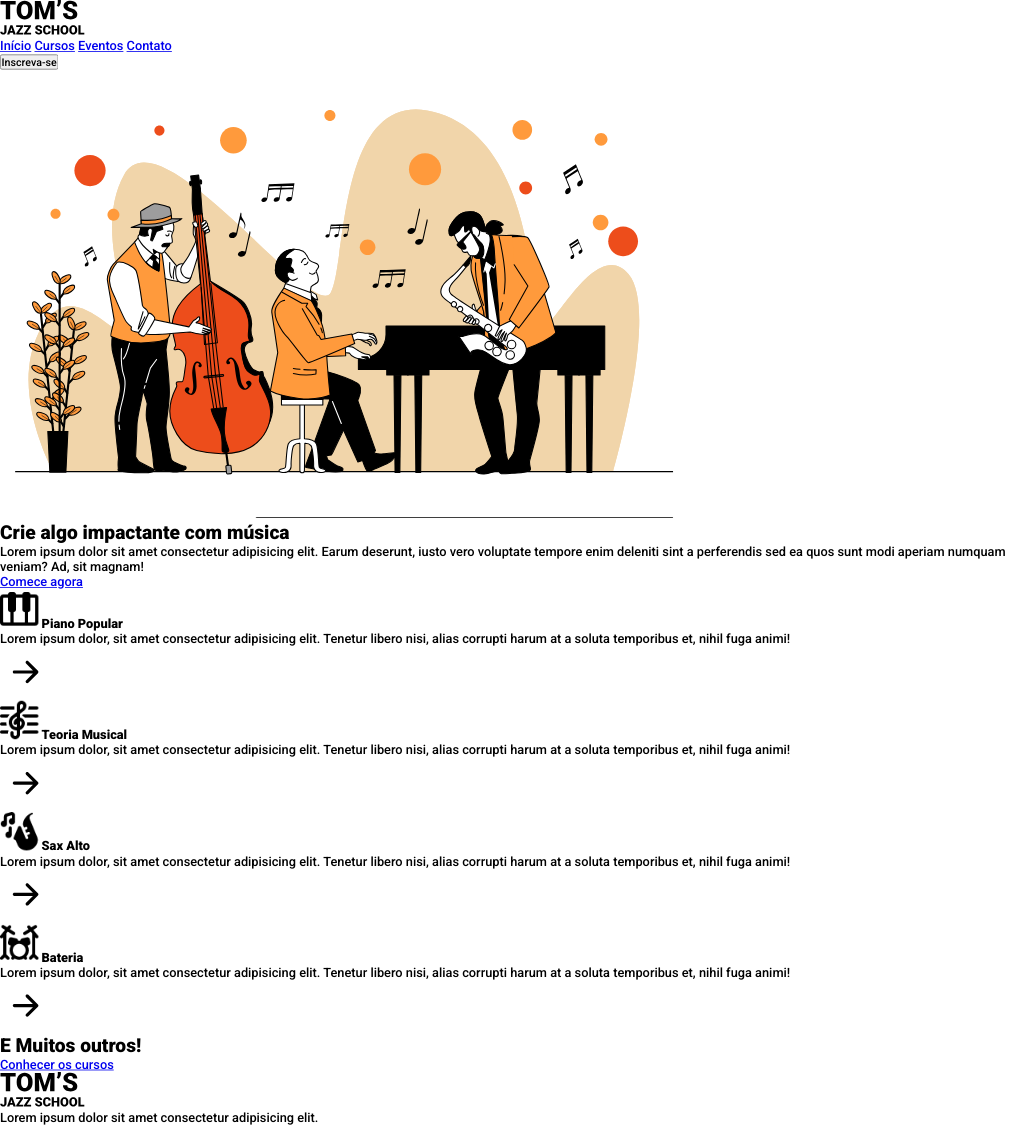
Repository: tenoriodasilva31/OBC-Music-School
Page: index.html
An editor plug-in stored every save of this project. The page is shown before and after the next save, followed by the edit.
The browser window is 1280 px wide. The pictures show the whole page, at 80% of full size.

Above is the page before, as saved 2023-07-05 16:55:00.

### index.html
<!DOCTYPE html>
<html lang="pt-BR">
<head>
    <meta charset="UTF-8">
    <meta name="viewport" content="width=device-width, initial-scale=1.0">
    <title>Tom's Jazz School</title>

    <link rel="preconnect" href="https://fonts.googleapis.com">
    <link rel="preconnect" href="https://fonts.gstatic.com" crossorigin>

    <link rel="stylesheet" href="index.css">

    <link href="https://fonts.googleapis.com/css2?family=Roboto:wght@500;900&display=swap" rel="stylesheet">
</head>
<body>
    <header>
        <img src="./img/logo.svg" alt="Tom's School">
        <nav>
            <a href="#">Início</a>
            <a href="#">Cursos</a>
            <a href="#">Eventos</a>
            <a href="#">Contato</a>
        </nav>
        <button href="#" class="button">Inscreva-se</button>
    </header>
    <main>
        <section>
            <img src="/img/hero-img.svg" alt="Banda de jazz se apresentando">
            <div>
                <h1>Crie algo <span>impactante</span> com música</h1>
                <p>Lorem ipsum dolor sit amet consectetur adipisicing elit. Earum deserunt, iusto vero voluptate tempore enim deleniti sint a perferendis sed ea quos sunt modi aperiam numquam veniam? Ad, sit magnam!</p>
                <a href="#" class="button">Comece agora</a>
            </div>
        </section>
        <section>
            <div class="cards">
            <article>

                <img src="/img/piano.png" alt="icone de teclas de piano">
                <strong>Piano Popular</strong>
                <p>Lorem ipsum dolor, sit amet consectetur adipisicing elit. Tenetur libero nisi, alias corrupti harum at a soluta temporibus et, nihil fuga animi!</p>
                <a href="#">
                    <img src="/img/arrow-right.svg" alt="Ir para página do curso">
                </a>
            </article>
            <article>
                <img src="/img/clef.png" alt="icone clave">
                <strong>Teoria Musical</strong>
                <p>Lorem ipsum dolor, sit amet consectetur adipisicing elit. Tenetur libero nisi, alias corrupti harum at a soluta temporibus et, nihil fuga animi!</p>
                <a href="#">
                    <img src="/img/arrow-right.svg" alt="Ir para página do curso">
                </a>
            </article>
            <article>
                <img src="/img/sax.png" alt="icone de teclas de piano">
                <strong>Sax Alto</strong>
                <p>Lorem ipsum dolor, sit amet consectetur adipisicing elit. Tenetur libero nisi, alias corrupti harum at a soluta temporibus et, nihil fuga animi!</p>
                <a href="#">
                    <img src="/img/arrow-right.svg" alt="Ir para página do curso">
                </a>
            </article>
            <article>
                <img src="/img/drums.png" alt="icone de teclas de piano">
                <strong>Bateria</strong>
                <p>Lorem ipsum dolor, sit amet consectetur adipisicing elit. Tenetur libero nisi, alias corrupti harum at a soluta temporibus et, nihil fuga animi!</p>
                <a href="#">
                    <img src="/img/arrow-right.svg" alt="Ir para página do curso">
                </a>
            </article>
            </div>
            <h2>E <span>Muitos</span> outros!</h2>
            <a href="#" class="button">Conhecer os cursos</a>
        </section>
    </main>

    <footer>
        <div>
            <img src="/img/logo.svg" alt="Tom's School">
            <p>Lorem ipsum dolor sit amet consectetur adipisicing elit. </p>
        </div>
    </footer>
</body>
</html>

### index.css
* {
    box-sizing: border-box;
    font-family: 'Roboto', sans-serif;
    margin: 0;
    padding: 0;
}

:root {
    --color-primary: #ED4D1B;
    --color-secondary: #FF9a3c;
    --color-black: #000;
    --color-white: #FFF;
}

After the next save:
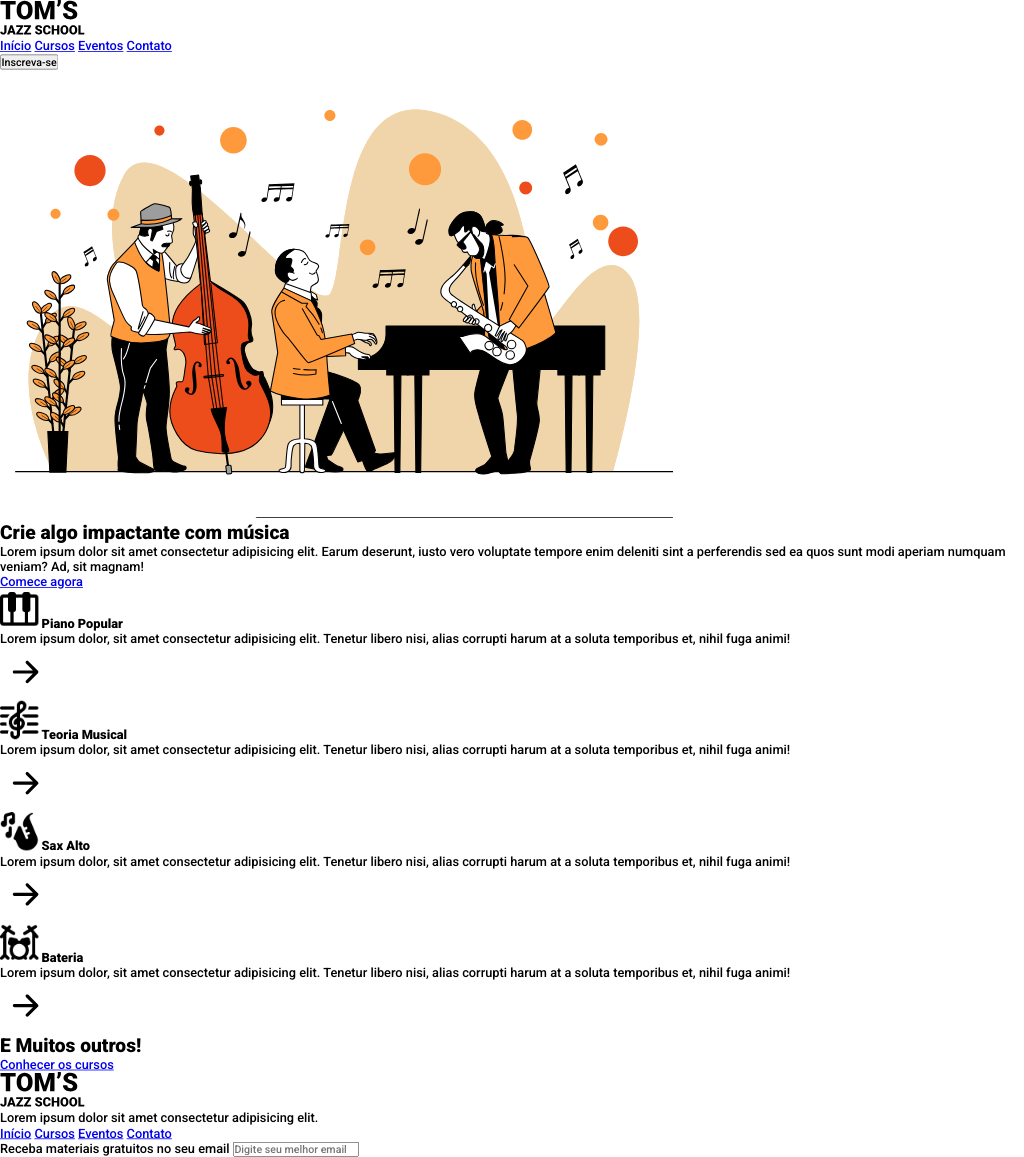
Saved 110 s later.
--- a/index.html
+++ b/index.html
@@ -78,6 +78,16 @@
             <img src="/img/logo.svg" alt="Tom's School">
             <p>Lorem ipsum dolor sit amet consectetur adipisicing elit. </p>
         </div>
+        <nav>
+            <a href="#">Início</a>
+            <a href="#">Cursos</a>
+            <a href="#">Eventos</a>
+            <a href="#">Contato</a>
+        </nav>
+        <form>
+            <label for="email">Receba materiais gratuitos no seu email</label>
+            <input type="text" name="email" id="email" placeholder="Digite seu melhor email">
+        </form>
     </footer>
 </body>
 </html>
